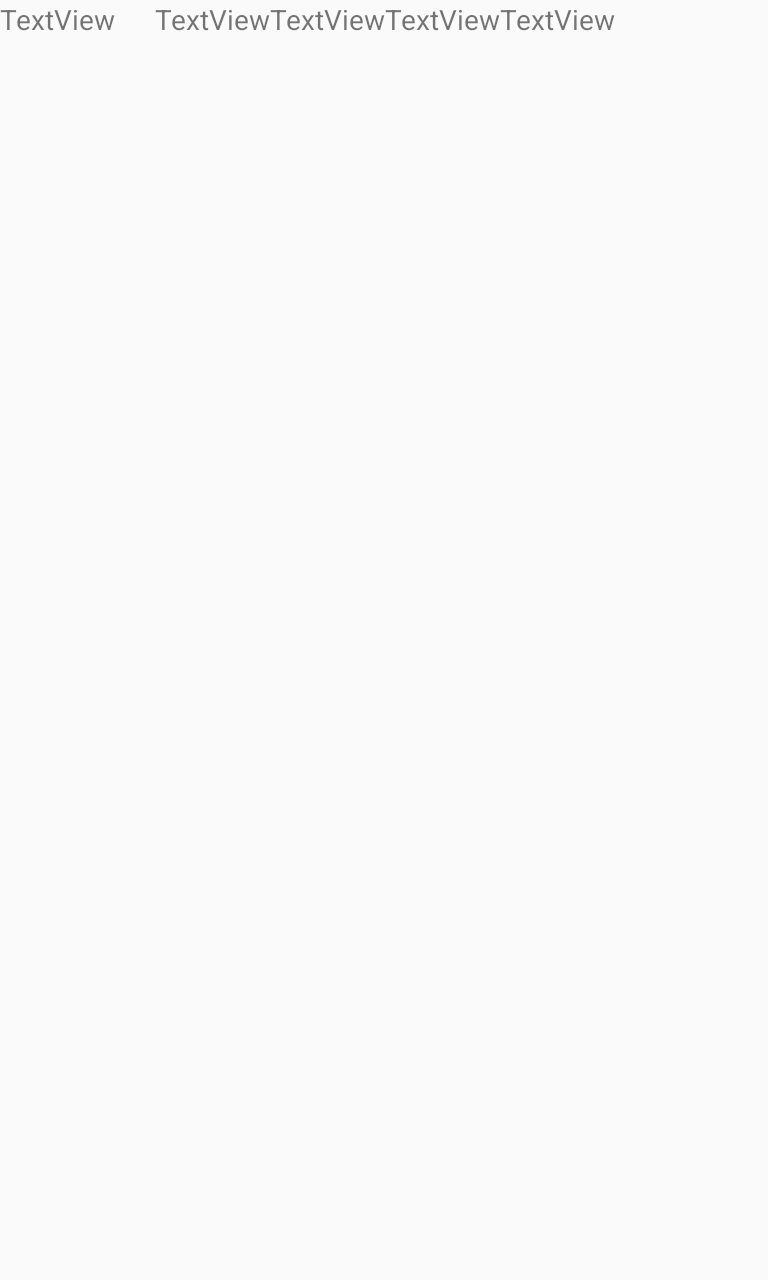
Repository: bhazenstab16/addressbookBMH
Layout: AddressBook/res/layout/item_layout.xml
The author's editor kept a copy of each file at every save. The layout is drawn from the files as they stood at one save, then again after a run of saves.
It is drawn on a 768 x 1280 px phone screen (xhdpi) without system bars, with theme AppTheme; the app's code is not run.

Above is the layout before, as saved 2019-10-21 15:49:29.

### AddressBook/res/layout/item_layout.xml
<?xml version="1.0" encoding="utf-8"?>
<LinearLayout xmlns:android="http://schemas.android.com/apk/res/android"
    android:id="@+id/LinearLayout2"
    android:layout_width="match_parent"
    android:layout_height="match_parent"
    android:orientation="horizontal" >

    <TextView
        android:id="@+id/textViewName"
        android:layout_width="wrap_content"
        android:layout_height="wrap_content"
        android:paddingRight="20dp"
        android:text="TextView" />

    <TextView
        android:id="@+id/textViewStreetAddress"
        android:layout_width="wrap_content"
        android:layout_height="wrap_content"
        android:text="TextView" />

    <TextView
        android:id="@+id/textViewCity"
        android:layout_width="wrap_content"
        android:layout_height="wrap_content"
        android:text="TextView" />

    <TextView
        android:id="@+id/textViewState"
        android:layout_width="wrap_content"
        android:layout_height="wrap_content"
        android:text="TextView" />

    <TextView
        android:id="@+id/textViewZip"
        android:layout_width="wrap_content"
        android:layout_height="wrap_content"
        android:text="TextView" />

</LinearLayout>

Loaded but not shown: AddressBook/res/values/styles.xml (common file); AddressBook/res/values-v11/styles.xml (common file); AddressBook/res/values-v14/styles.xml (common file)

After the next 2 saves:
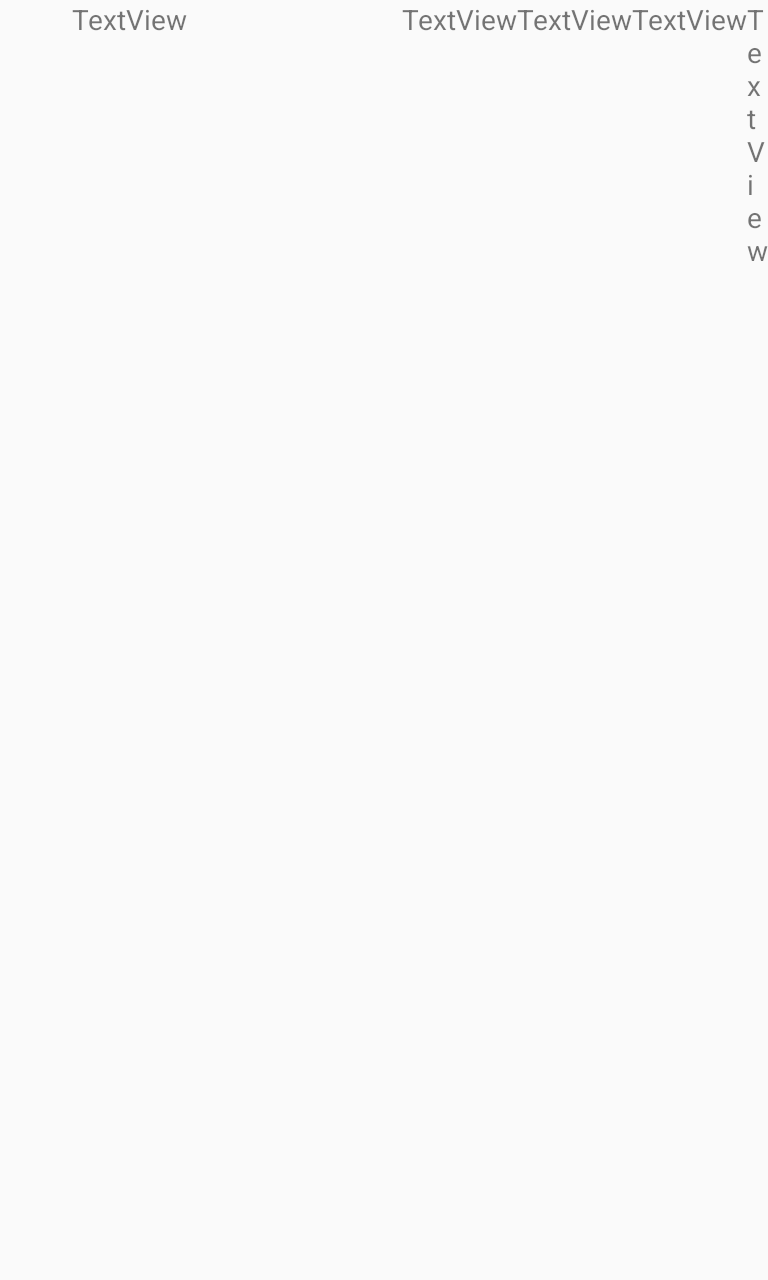
The 2 saves are shown as one change because 1 did not build or start.
The last was saved 4 min 13 s later.
--- a/AddressBook/res/layout/item_layout.xml
+++ b/AddressBook/res/layout/item_layout.xml
@@ -9,7 +9,8 @@
         android:id="@+id/textViewName"
         android:layout_width="wrap_content"
         android:layout_height="wrap_content"
-        android:paddingRight="20dp"
+        android:layout_marginLeft="36dp"
+        android:ems="10"
         android:text="TextView" />
 
     <TextView
